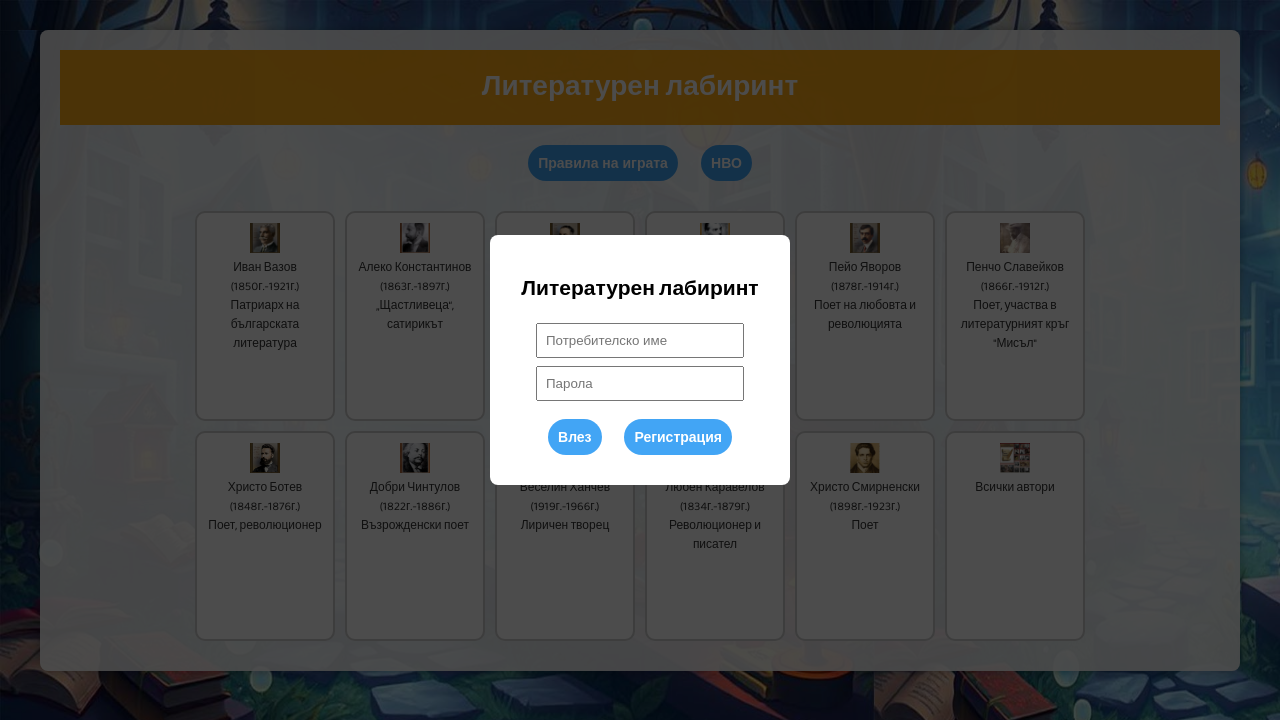
Repository: LY1177/litmaze
Page: public/index.html
These files come from the project's save history. The page is drawn as it stood at one moment and after the next save; the edit follows.
The browser window is 1280 px wide. The pictures show the window.
A layer covers the whole window, so only the first screen is drawn. Backgrounds fixed to the window are drawn as part of the page.

Above is the page before, as saved 2025-05-07 11:05:08.

### public/index.html
<!DOCTYPE html>
<html lang="bg">
<head>
  <meta charset="UTF-8">
  <!-- Респонсив meta tag -->
  <meta name="viewport" content="width=device-width, initial-scale=1.0">
  <title>Литературен лабиринт – Escape Room</title>
  <!-- шрифт от Google Fonts -->
  <link href="https://fonts.googleapis.com/css2?family=Baloo+2:wght@400;700&display=swap" rel="stylesheet">
  <link rel="stylesheet" href="styles.css">
  <script src="script.js" defer></script>
</head>
<body>
  <!-- Главен контейнер, който ограничава ширината на проекта (не е full-screen) -->
  <div id="main-container">

    <!-- 1) Логин модал -->
    <div id="login-modal" class="modal visible">
      <div class="modal-content">
        <h2>Литературен лабиринт</h2>
        <input type="text" id="username" placeholder="Потребителско име">
        <input type="password" id="password" placeholder="Парола">
        <button id="login-btn" class="btn">Влез</button>
        <button id="open-register-from-login" class="btn">Регистрация</button>
      </div>
    </div>
    <!-- Регистрационен модал -->
    <div id="register-modal" class="modal hidden">
      <div class="modal-content">
        <h2>Регистрация</h2>
        <input type="text"    id="register-username" placeholder="Потребителско име">
        <input type="email"   id="register-email"    placeholder="Имейл">
        <input type="password" id="register-password" placeholder="Парола">
        <div class="modal-buttons">
          <button id="register-btn"        class="btn">Регистрация</button>
          <button id="close-register-btn"  class="btn">Затвори</button>
        </div>
      </div>
    </div>


    <!-- 2) Екран за лабиринта (скрит по начало) -->
    <div id="game-container" class="screen hidden">

      <header id="top-bar">
        <h1 id="labyrinth-title">Лабиринт</h1>
        <div id="user-info">
          Потребител: <span id="display-username"></span> |
          Ниво: <span id="current-level">1</span> |
          Точки: <span id="score">0</span>
          … |
<span id="score">0</span> |
Седмични: <span id="week-score">0</span> |
Месечни: <span id="month-score">0</span>

        </div>
        <div id="button-row">
          <button id="back-to-authors" class="nav-btn">Назад към авторите</button>
          <button id="next-level" class="nav-btn hidden">Следващо ниво</button>
          <!-- Бутон за управление на фоновата музика -->
          <button id="music-toggle-btn" class="btn">Пауза музика</button>
        <label for="volume-control">Сила на звука:</label>
        <input type="range" id="volume-control" min="0" max="1" step="0.01" value="0.2">
      </div>
      </header>

      <!-- Контейнер за лабиринта -->
      <div id="maze-container-active">
        <div id="maze-active"></div>
        <!-- Героят (🙂), центриран в клетката -->
        <div id="hero"></div>
      </div>
    </div>

    <!-- 3) Екран за избор на автори (флип карти) -->
    <div id="author-selection" class="screen">
      <h2>Литературен лабиринт</h2>
      <div class="rules-btn-container">
  <button id="rules-btn" class="btn">Правила на играта</button>
  <button id="nvo-btn" class="btn">НВО</button>
 </div>


      <!-- Мрежа с 12 карти -->
      <div class="card-container">
        <!-- Карта 1: Иван Вазов -->
        <div class="card" data-author="vazov">
          <div class="card-inner">
            <div class="card-front">
              <img src="images/vazov.jpg" alt="Иван Вазов">
                <p class="portrait-text">Иван Вазов</p>
                <p class="portrait-text">(1850г.-1921г.)</p>
                <p class="portrait-text">Патриарх на българската литература</p>

            </div>
            <div class="card-back">
              <p>Лабиринт – Иван Вазов</p>
              <button class="enter-btn btn">Вход</button>
            </div>
          </div>
        </div>

        <!-- Карта 2: Алеко Константинов -->
        <div class="card" data-author="aleko">
          <div class="card-inner">
            <div class="card-front">
              <img src="images/aleko.jpg" alt="Алеко Константинов">
              <p class="portrait-text">Алеко Константинов</p>
              <p class="portrait-text">(1863г.-1897г.)</p>
              <p class="portrait-text">„Щастливеца“, сатирикът</p>

            </div>
            <div class="card-back">
              <p>Лабиринт – Алеко Константинов</p>
              <button class="enter-btn btn">Вход</button>
            </div>
          </div>
        </div>

        <!-- Карта 3: Елин Пелин -->
        <div class="card" data-author="pelin">
          <div class="card-inner">
            <div class="card-front">
              <img src="images/pelin.jpg" alt="Елин Пелин">
              <p class="portrait-text">Елин Пелин</p>
              <p class="portrait-text">(1877г.-1949г.)</p>
              <p class="portrait-text">Майстор на късия разказ</p>
            </div>
            <div class="card-back">
              <p>Лабиринт – Елин Пелин</p>
              <button class="enter-btn btn">Вход</button>
            </div>
          </div>
        </div>

        <!-- Карта 4: Йордан Йовков -->
        <div class="card" data-author="yordan">
          <div class="card-inner">
            <div class="card-front">
              <img src="images/yordan.jpg" alt="Йордан Йовков">
              <p class="portrait-text">Йордан Йовков</p>
              <p class="portrait-text">(1880г.-1937г.)</p>
              <p class="portrait-text">Хуманистът,<br>„Певец на добротата“</p>
            </div>
            <div class="card-back">
              <p>Лабиринт – Йордан Йовков</p>
              <button class="enter-btn btn">Вход</button>
            </div>
          </div>
        </div>

        <!-- Карта 5: Пейо Яворов -->
        <div class="card" data-author="peyo">
          <div class="card-inner">
            <div class="card-front">
              <img src="images/peyo.jpg" alt="Пейо Яворов">
              <p class="portrait-text">Пейо Яворов</p>
              <p class="portrait-text">(1878г.-1914г.)</p>
              <p class="portrait-text">Поет на любовта и революцията</p>
            </div>
            <div class="card-back">
              <p>Лабиринт – Пейо Яворов</p>
              <button class="enter-btn btn">Вход</button>
            </div>
          </div>
        </div>

        <!-- Карта 6: Пенчо Славейков -->
        <div class="card" data-author="pencho">
          <div class="card-inner">
            <div class="card-front">
              <img src="images/pencho.jpg" alt="Пенчо Славейков">
              <p class="portrait-text">Пенчо Славейков</p>
              <p class="portrait-text">(1866г.-1912г.)</p>
              <p class="portrait-text">Поет, участва в литературният кръг "Мисъл"</p>
            </div>
            <div class="card-back">
              <p>Лабиринт – Пенчо Славейков</p>
              <button class="enter-btn btn">Вход</button>
            </div>
          </div>
        </div>

        <!-- Карта 7: Христо Ботев -->
        <div class="card" data-author="hristo">
          <div class="card-inner">
            <div class="card-front">
              <img src="images/hristo.jpg" alt="Христо Ботев">
              <p class="portrait-text">Христо Ботев</p>
              <p class="portrait-text">(1848г.-1876г.)</p>
              <p class="portrait-text">Поет, революционер </p>
            </div>
            <div class="card-back">
              <p>Лабиринт – Христо Ботев</p>
              <button class="enter-btn btn">Вход</button>
            </div>
          </div>
        </div>

        <!-- Карта 8: Добри Чинтулов -->
        <div class="card" data-author="dobri">
          <div class="card-inner">
            <div class="card-front">
              <img src="images/dobri.jpg" alt="Добри Чинтулов">
              <p class="portrait-text">Добри Чинтулов</p>
              <p class="portrait-text">(1822г.-1886г.)</p>
              <p class="portrait-text">Възрожденски поет</p>
            </div>
            <div class="card-back">
              <p>Лабиринт – Добри Чинтулов</p>
              <button class="enter-btn btn">Вход</button>
            </div>
          </div>
        </div>

        <!-- Карта 9: Веселин Ханчев -->
        <div class="card" data-author="veselin">
          <div class="card-inner">
            <div class="card-front">
              <img src="images/veselin.jpg" alt="Веселин Ханчев">
              <p class="portrait-text">Веселин Ханчев</p>
              <p class="portrait-text">(1919г.-1966г.)</p>
                <p class="portrait-text">Лиричен творец</p>

            </div>
            <div class="card-back">
              <p>Лабиринт – Веселин Ханчев</p>
              <button class="enter-btn btn">Вход</button>
            </div>
          </div>
        </div>

        <!-- Карта 10: Любен Каравелов -->
        <div class="card" data-author="lyuben">
          <div class="card-inner">
            <div class="card-front">
              <img src="images/lyuben.jpg" alt="Любен Каравелов">
              <p class="portrait-text">Любен Каравелов</p>
              <p class="portrait-text">(1834г.-1879г.)</p>
              <p class="portrait-text">Революционер и писател</p>
            </div>
            <div class="card-back">
              <p>Лабиринт – Любен Каравелов</p>
              <button class="enter-btn btn">Вход</button>
            </div>
          </div>
        </div>

        <!-- Карта 11: Христо Смирненски -->
        <div class="card" data-author="smirnenski">
          <div class="card-inner">
            <div class="card-front">
              <img src="images/smirnenski.jpg" alt="Христо Смирненски">
              <p class="portrait-text">Христо Смирненски</p>
              <p class="portrait-text">(1898г.-1923г.)</p>
              <p class="portrait-text">Поет</p>
            </div>
            <div class="card-back">
              <p>Лабиринт – Христо Смирненски, вход</p>
              <button class="enter-btn btn">Вход</button>
            </div>
          </div>
        </div>

        <!-- Карта 12: Обобщение -->
        <div class="card" data-author="obobshtenie">
          <div class="card-inner">
            <div class="card-front">
              <img src="images/obobshtenie.jpg" alt="Обобщение">
              <p class="portrait-text">Всички автори</p>
            </div>
            <div class="card-back">
              <p>Лабиринт – Обобщение, вход</p>
              <button class="enter-btn btn">Вход</button>
            </div>
          </div>
        </div>

      </div><!-- .card-container -->
    </div><!-- #author-selection -->

    <!-- Модален прозорец за правилата на играта -->
    <div id="rules-modal" class="modal hidden">
      <div class="modal-content wide-modal">
        <h2>Правила на играта</h2>
        <p>
          1. Щракнете върху картата на избрания от вас автор, картата ще се завърти<br>
          2. На гърба на картата е бутона за вход в лабиринта.<br>
          3. Целта е да се стигне до изхода на лабиринта.<br>
          4. На входа има подсказка за началната посока на движение.<br>
          5. За да се придвижвате напред трябва да давате верни отговори на въпросите.<br>
          6. След всеки верен отговор ще получавате посоката на движение<br>
          7. Ако не отговорите правилно, ще можете да опитате отново.<br>
          8. Ако се върнете назад, ще видите съобщение: "Връщаш се назад..."<br>
          9. Забавлявайте се!
        </p>
        <button id="close-rules" class="btn">Затвори</button>
      </div>
    </div>

    <!-- Модален прозорец за въпроси -->
    <div id="question-modal" class="modal hidden">
      <div class="modal-content question-modal-content">
        <h2 id="question-title">Въпрос</h2>
        <div id="question-text"></div>
        <div id="question-answers"></div>
        <div class="modal-buttons">
          <button id="close-question-btn" class="btn">Затвори</button>
        </div>
      </div>
    </div>
    <!-- Модален прозорец за избор на година за НВО -->
<div id="nvo-modal" class="modal hidden">
  <div class="modal-content">
    <h2>Изберете година за НВО</h2>
    <select id="nvo-year-select">
      <option value="">-- Изберете година --</option>
      <option value="nvo2022">НВО 2022</option>
      <option value="nvo2023">НВО 2023</option>
      <option value="nvo2024">НВО 2024</option>

    </select>
    <div class="modal-buttons">
      <button id="nvo-select-btn" class="btn">Вход</button>
      <button id="nvo-close-btn" class="btn">Затвори</button>
    </div>
  </div>
</div>
<!-- Модален прозорец за показване на текста (пасаж) -->
<div id="passage-modal" class="modal hidden">
  <div class="modal-content">
    <h2>Текст</h2>
    <div id="passage-container"></div>
    <div class="modal-buttons">
      <button id="close-passage-btn" class="btn">Затвори</button>
    </div>
  </div>
</div>

  </div><!-- #main-container -->

<div id="fun-fact-modal" class="modal hidden">
  <div class="modal-content">
    <h2>💡Любопитен факт</h2>
    <div id="fun-fact-content"></div>
    <button id="close-fun-fact-btn" class="btn">Затвори</button>
  </div>
</div>


</body>
</html>

Loaded but not shown: public/script.js (1499 lines, source omitted); public/styles.css (706 lines, source omitted)

After the next save:
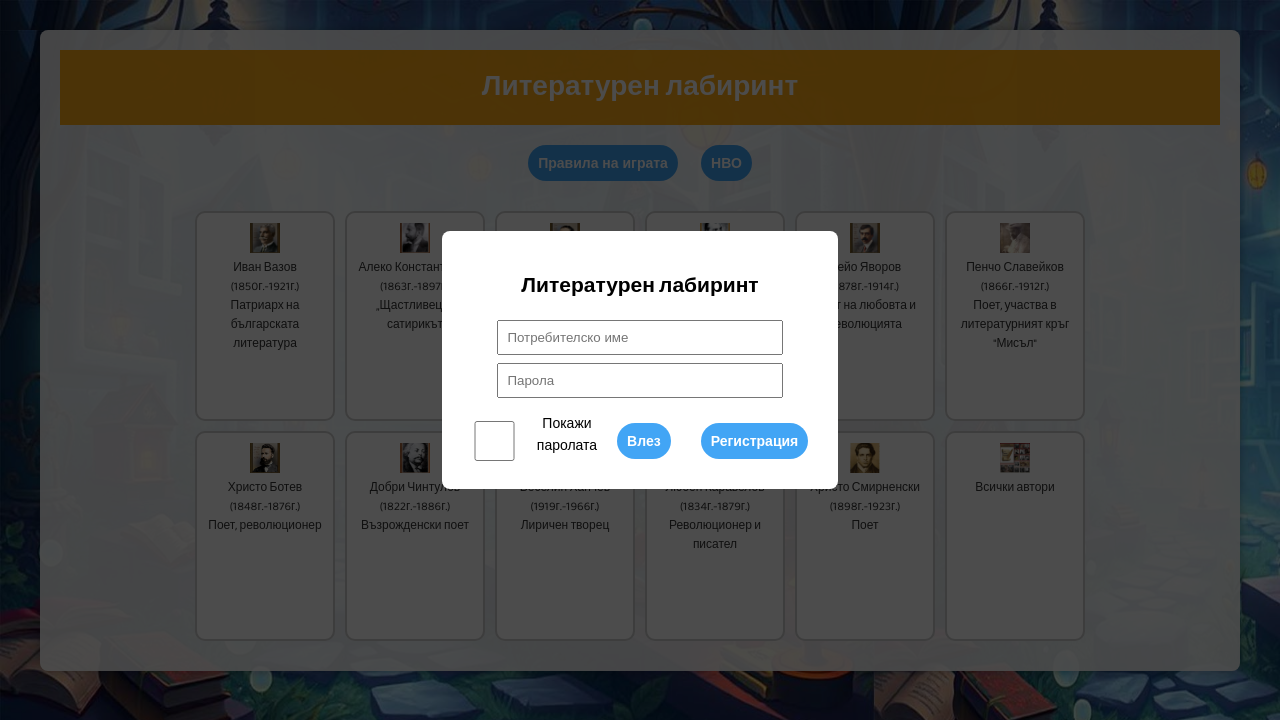
Saved 7 min 49 s later.
--- a/public/index.html
+++ b/public/index.html
@@ -20,8 +20,11 @@
         <h2>Литературен лабиринт</h2>
         <input type="text" id="username" placeholder="Потребителско име">
         <input type="password" id="password" placeholder="Парола">
-        <button id="login-btn" class="btn">Влез</button>
-        <button id="open-register-from-login" class="btn">Регистрация</button>
+        <div class="modal-buttons">
+          <input type="checkbox" onclick="ShowLoginPassword()" class="passbox">Покажи паролата
+          <button id="login-btn" class="btn">Влез</button>
+          <button id="open-register-from-login" class="btn">Регистрация</button>
+        </div>
       </div>
     </div>
     <!-- Регистрационен модал -->
